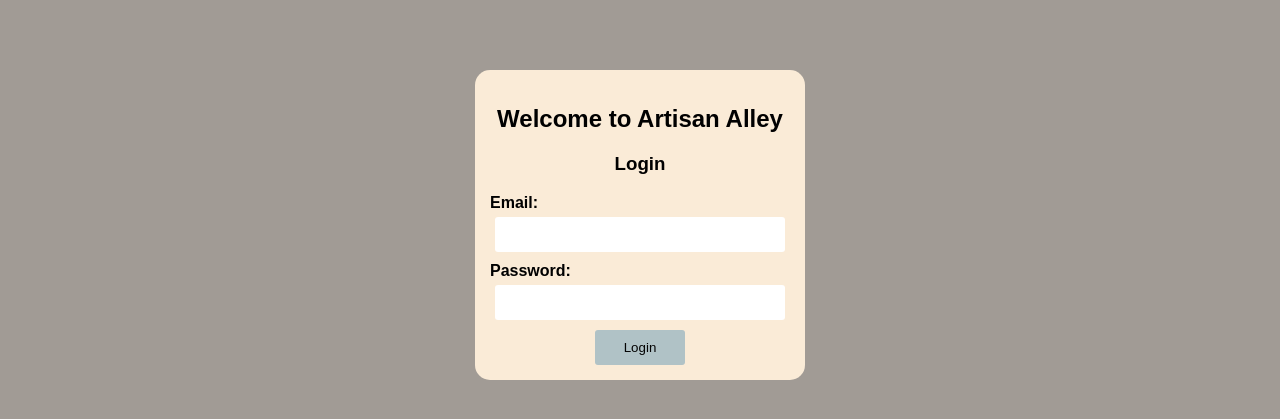
Repository: RingkhangBTY/Bytehacks_Hackathon_Project
Page: login/login.html
These files come from the project's save history. The page is drawn as it stood at one moment and after the next save; the edit follows.
The browser window is 1280 px wide. The pictures show the whole page.

Above is the page before, as saved 2024-11-27 10:09:26.

### login/login.html
<!DOCTYPE html>
<html lang="en">
<head>
    <meta charset="UTF-8">
    <meta name="viewport" content="width=device-width, initial-scale=1.0">
    <title>Login page</title>
    <link rel="stylesheet" href="style.css">
</head>
<body>
    <div class="login-container">
        <h2>Welcome to Artisan Alley</h2>
        <form id="Login from">
            <h3>Login</h3>
            <label for="email">Email:</label>
            <input type="email" id="email" name="Email" required>

            <label for="password">Password:</label>
            <input type="password" id="password" name="Password" required>

            <button type="submit">Login</button>
        </form>
    </div>
</body>
</html>

### login/style.css
body{
    font-family: Arial, Helvetica, sans-serif;
    background-color: rgb(161, 155, 149);
    display: flex;
    justify-content: center;
    align-items: center;
    height: auto;
    margin-top: 70px;
}
.login-container{
    background-color: antiquewhite;
    border-radius: 15px;
    padding: 15px;
    width: 300px;
    text-align: center;
}
login-container h2{
    font-size: 1.4rem;
}
.h3{
    font-size: medium;
    margin-bottom: 20px;
}
label{
    display: block;
    text-align: left;
    margin-bottom: 5px;
    font-weight: bold;
}

input{
    width: 90%;
    padding: 10px;
    margin-bottom: 10px;
    border: 1px snow;
    border-radius: 3px;
}

button{
    width: 30%;
    padding: 10px;
    background-color: rgb(176, 194, 198);
    color: rgb(4, 4, 4);
    border: none;
    border-radius: 3px;
    cursor: pointer;
}

.login-container:hover{
    transform: translateY(-5px);
    box-shadow: 0 7px rgba(0,0, 0, 0.2);
}

### login/login-style.css
body{
    font-family: Arial, Helvetica, sans-serif;
    background-color: rgb(161, 155, 149);
    display: flex;
    justify-content: center;
    align-items: center;
    height: auto;
    margin-top: 70px;
}
.login-container{
    background-color: antiquewhite;
    border-radius: 15px;
    padding: 15px;
    width: 300px;
    text-align: center;
}
login-container h2{
    font-size: 1.4rem;
}
.h3{
    font-size: medium;
    margin-bottom: 20px;
}
label{
    display: block;
    text-align: left;
    margin-bottom: 5px;
    font-weight: bold;
}

input{
    width: 90%;
    padding: 10px;
    margin-bottom: 10px;
    border: 1px snow;
    border-radius: 3px;
}

button{
    width: 30%;
    padding: 10px;
    background-color: rgb(176, 194, 198);
    color: rgb(4, 4, 4);
    border: none;
    border-radius: 3px;
    cursor: pointer;
}

.login-container:hover{
    transform: translateY(-5px);
    box-shadow: 0 7px rgba(0,0, 0, 0.2);
}

After the next save:
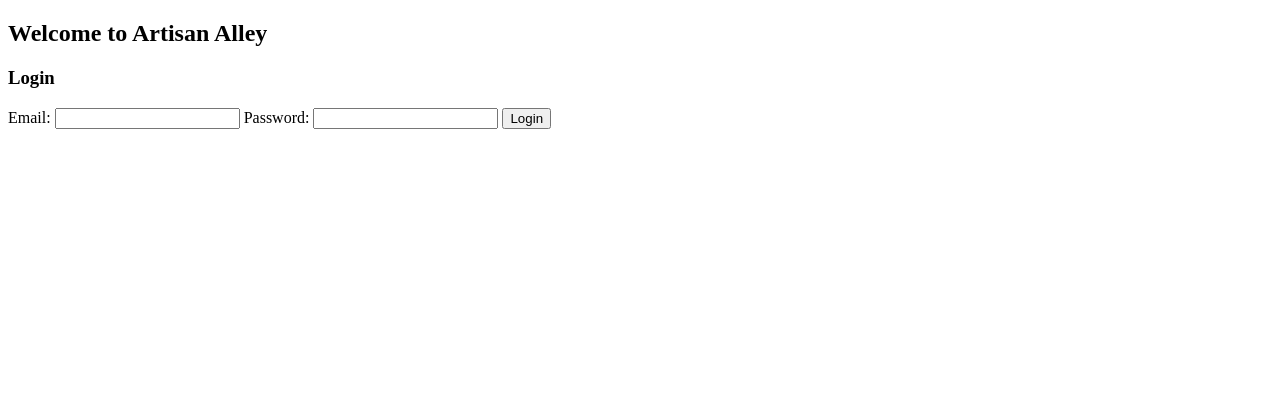
Not found: login/lostyle.css
Saved 112 s later.
--- a/login/login.html
+++ b/login/login.html
@@ -4,7 +4,7 @@
     <meta charset="UTF-8">
     <meta name="viewport" content="width=device-width, initial-scale=1.0">
     <title>Login page</title>
-    <link rel="stylesheet" href="style.css">
+    <link rel="stylesheet" href="lostyle.css">
 </head>
 <body>
     <div class="login-container">

After the 2 saves that followed:
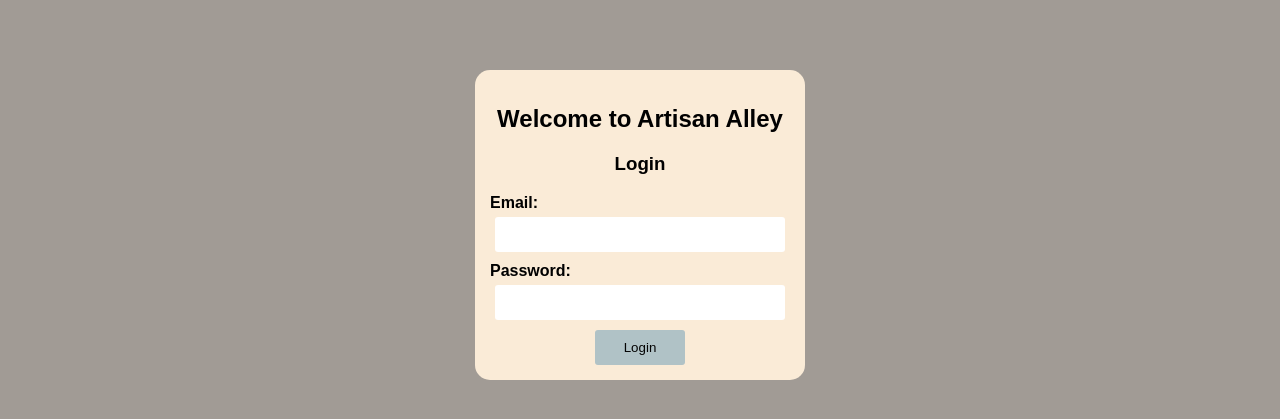
The 2 saves are shown as one change because they came seconds apart.
The last was saved 5 s later.
--- a/login/login.html
+++ b/login/login.html
@@ -4,7 +4,7 @@
     <meta charset="UTF-8">
     <meta name="viewport" content="width=device-width, initial-scale=1.0">
     <title>Login page</title>
-    <link rel="stylesheet" href="lostyle.css">
+    <link rel="stylesheet" href="login-style.css">
 </head>
 <body>
     <div class="login-container">
